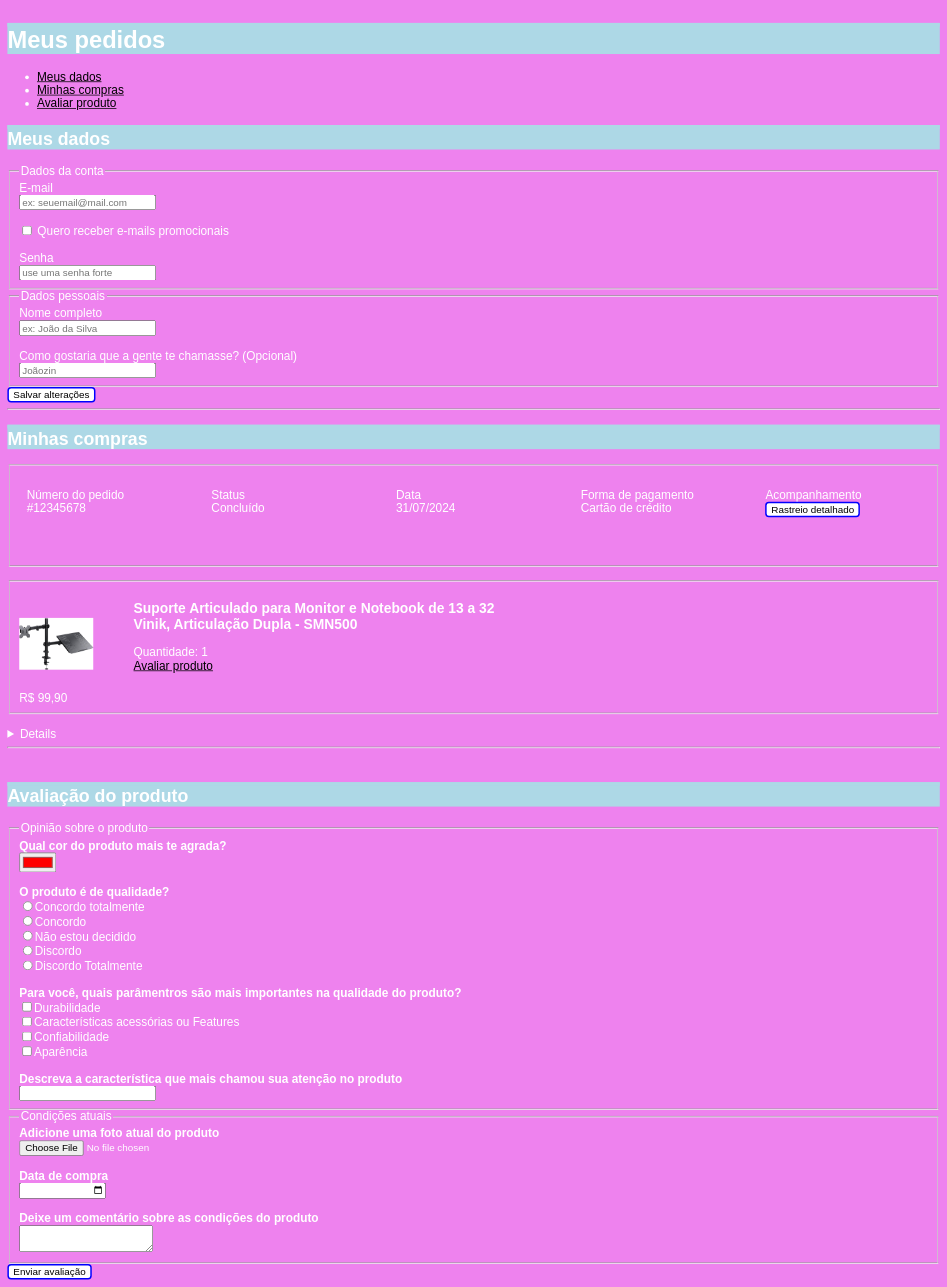
Repository: claudemir-camargo/site-compras
Page: index.html
The author's editor kept a copy of each file at every save. The page is drawn from the files as they stood at one save, then again after the next save.
The browser window is 1280 px wide. The pictures show the whole page, at 74% of full size.

Above is the page before, as saved 2024-03-10 01:17:00.

After the next save:
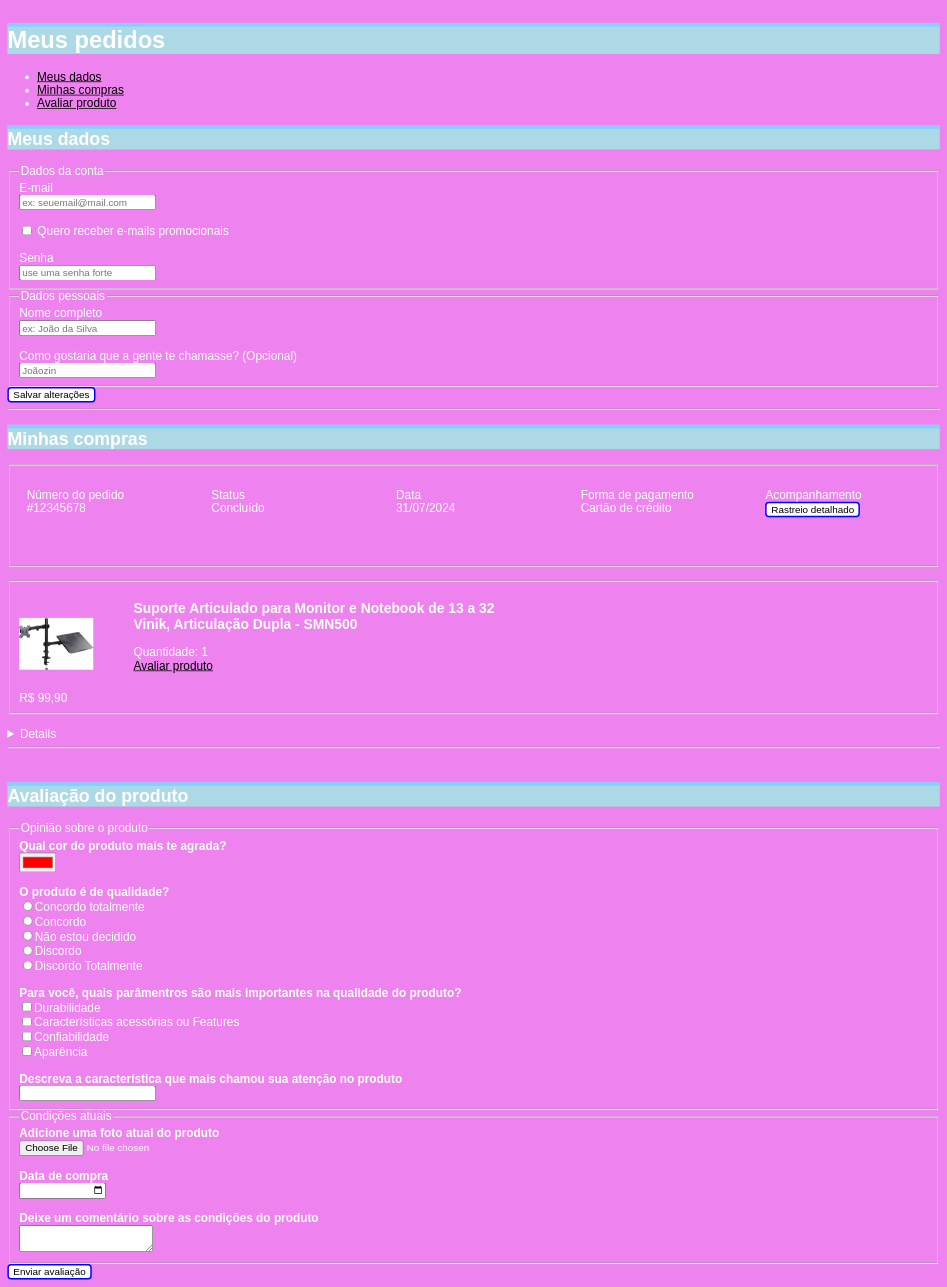
Saved 5 s later.
--- a/css/style.css
+++ b/css/style.css
@@ -9,7 +9,7 @@ a {
 }
 
 h1, h2 {
-    border-top: 5px solid lightblue;
+    border-top: 5px solid lightskyblue;
     background-color: lightblue;
 }
 
